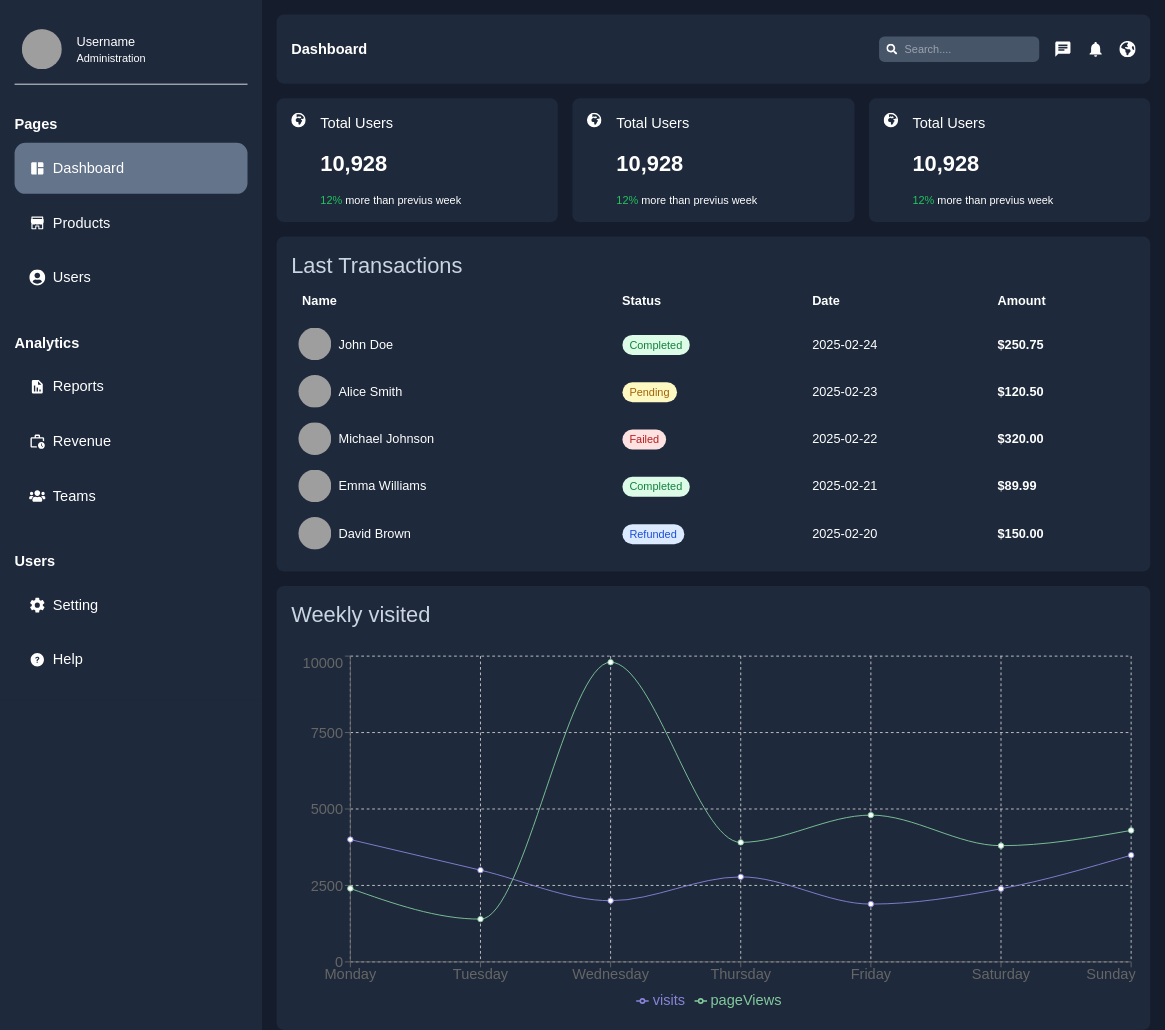
Repository: Than-sothearak/next-computer-admin
Page: /dashboard
The author's editor kept a copy of each file at every save. The page is drawn from the files as they stood at one save, then again after the next save.
The browser window is 1280 px wide. The pictures show the whole page, at 91% of full size.
Pictures or frames that could not be fetched are drawn as grey boxes. The project was rebuilt for these pictures with package versions that can differ from the ones it lists, and the page was loaded fresh each time. The framework's server and built-in components were replaced by stand-ins that run in the browser. Also part of the build but not shown: next.config.mjs.

Above is the page before, as saved 2025-02-24 23:53:58.

### app/layout.js
import { Geist, Geist_Mono } from "next/font/google";
import "./globals.css";

const geistSans = Geist({
  variable: "--font-geist-sans",
  subsets: ["latin"],
});

const geistMono = Geist_Mono({
  variable: "--font-geist-mono",
  subsets: ["latin"],
});

export const metadata = {
  title: "Computer shop admin",
  description: "Computer shop admin",
};

export default function RootLayout({ children }) {
  return (
    <html lang="en">
      <body
        className={`${geistSans.variable} ${geistMono.variable} antialiased`}
      >
        {children}
      </body>
    </html>
  );
}

### app/dashboard/layout.js
import { Navbar } from "@/components/dashboard/navbar/navbar";
import { Sidebar } from "@/components/dashboard/sidebar/sidebar";

export default function DashboardLayout({ children }) {
  return (
    <div className="flex">
      <div className="bg-slate-800">
        <Sidebar />
      </div>
      <div className="w-full mt-4 mx-4">
        <Navbar />
        <div>{children}</div>
      </div>
    </div>
  );
}

### app/dashboard/page.js
import LastTransactionComponent from "@/components/LastTransactionsComponent";
import LineChartComponent from "@/components/LineChartComponent";
import { FaEarthAfrica } from "react-icons/fa6";
const DashboardPage = () => {
  return (
    <>
      <div className="mt-4 rounded-lg flex max-sm:flex-wrap gap-4">
        <div className="w-full justify-start items-start flex gap-4 p-4 bg-slate-800 rounded-lg ">
          <div>
            <FaEarthAfrica />
          </div>
          <div className="flex flex-col gap-4">
            <h2>Total Users</h2>
            <h1 className="text-2xl font-bold">10,928</h1>
            <p className="text-green-500 text-xs">
              12% <span className="text-white">more than previus week</span>
            </p>
          </div>
        </div>

        <div className="w-full justify-start items-start flex gap-4 p-4 bg-slate-800 rounded-lg ">
          <div>
            <FaEarthAfrica />
          </div>
          <div className="flex flex-col gap-4">
            <h2>Total Users</h2>
            <h1 className="text-2xl font-bold">10,928</h1>
            <p className="text-green-500 text-xs">
              12% <span className="text-white">more than previus week</span>
            </p>
          </div>
        </div>

        <div className="w-full justify-start items-start flex gap-4 p-4 bg-slate-800 rounded-lg ">
          <div>
            <FaEarthAfrica />
          </div>
          <div className="flex flex-col gap-4">
            <h2>Total Users</h2>
            <h1 className="text-2xl font-bold">10,928</h1>
            <p className="text-green-500 text-xs">
              12% <span className="text-white">more than previus week</span>
            </p>
          </div>
        </div>
      </div>

      <LastTransactionComponent />

      <LineChartComponent />
    </>
  );
};

export default DashboardPage;

### app/globals.css
@tailwind base;
@tailwind components;
@tailwind utilities;

:root {
    --bg: #151c2c;
    --bgSoft: #182237;
    --text: white;
    --textSoft: #b7bac1;
}

*{
    margin:  0;
    padding: 0;
    box-sizing: border-box;
    font-family:Arial, Helvetica, sans-serif
}

body {
    background-color: var(--bg);
    color: var(--text);
}

a {
    color: inherit;
    text-decoration: none;
}

### components/dashboard/navbar/navbar.js
"use client"
import { FaSearch } from "react-icons/fa";
import { MdChat, MdNotifications } from "react-icons/md";
import { FaEarthAmericas } from "react-icons/fa6";
import { usePathname } from "next/navigation";
export const Navbar = () => {
  const pathName = usePathname()
  return (
    <div className="bg-slate-800 py-6 px-4 rounded-lg w-full flex justify-between items-center">
      <div>
        <h2 className="capitalize font-bold">{pathName.split("/").pop()}</h2>
      </div>
      <div className="flex gap-4 items-center">
        <div className="bg-slate-600 rounded-md md:w-44 w-32 flex relative items-center justify-start pl-2 gap-2 py-2">
          <FaSearch size={12}/>
          <input
            type="text"
            placeholder="Search...."
            className="md:w-36 w-24 text-xs border-none outline-none ring-0 focus:ring-0 focus:outline-none bg-transparent absolute top-0 bottom-0 left-7 overflow-hidden"
          />
        </div>
        <div className="cursor-pointer"><MdChat size={20}/></div>
        <div className="cursor-pointer"><MdNotifications size={20}/></div>
        <div className="cursor-pointer"><FaEarthAmericas size={18}/></div>
      </div>
    </div>
  );
};

### components/dashboard/sidebar/sidebar.js
"use client"
import { useState } from "react";
import { analyticNavigation, pageNavigation, userNavigation } from "@/lib/navLinks";
import { SidebarList } from "@/components/SidebarList";
import { IoMdMenu } from "react-icons/io";
import { IoClose } from "react-icons/io5";
import { SidebarListMobile } from "@/components/SidebarListMobile";

export const Sidebar = () => {
  const [isOpen, setIsOpen] = useState(false);

  return (
    <>

      <div className="mt-2 flex justify-center items-center lg:hidden">
      <span className="text-white text-lg font-semibold"></span>
        <button
          onClick={() => setIsOpen(true)}
          aria-label="Open Sidebar"
          title="Open Sidebar"
        >
          <IoMdMenu size={28} />
        </button>
      </div>
    {/* Mobile side */}
      <div className="lg:hidden ml-1 mt-4 z-50">
        <SidebarListMobile navList={pageNavigation}/>
        <SidebarListMobile navList={analyticNavigation} />
        <SidebarListMobile navList={userNavigation} />
      </div>


      <div
        className={`bg-slate-800 p-4 w-72 fixed top-0 left-0 z-50 transform transition-transform  duration-700 ease-in-out
          ${isOpen ? "translate-x-0" : "-translate-x-full"} lg:translate-x-0 lg:static max-sm:w-full
        `}
      >

        <div className="flex justify-between items-center  lg:hidden">
          <span className="text-white text-lg font-semibold">Menu</span>
          <button
            onClick={() => setIsOpen(false)}
            aria-label="Close Sidebar"
            title="Close Sidebar"
            className="text-white"
          >
            <IoClose size={28} />
          </button>
        </div>


        <div className="cursor-pointer flex items-center gap-4 px-2 py-4 text-white">
          <img className="w-11 h-11 bg-cover rounded-full"src="https://static.vecteezy.com/system/resources/previews/005/544/718/non_2x/profile-icon-design-free-vector.jpg"/>
          <div className="">
            <h1 className="text-sm">Username</h1>
            <p className="text-xs">Administration</p>

          </div>

          </div>
          <hr />

        <SidebarList navList={pageNavigation} />
        <SidebarList navList={analyticNavigation} />
        <SidebarList navList={userNavigation} />
      </div>

      {/* Overlay (closes sidebar when clicked) */}
      {isOpen && (
        <div
          className="fixed inset-0 bg-black bg-opacity-50 lg:hidden"
          onClick={() => setIsOpen(false)}
        />
      )}
    </>
  );
};

### components/LastTransactionsComponent.js
import { latestTransactions } from "@/data/lastTransactions";

export default function LastTransactionComponent () {

    const statusColors = {
        Completed: "bg-green-100 text-green-700",
        Pending: "bg-yellow-100 text-yellow-700",
        Failed: "bg-red-100 text-red-700",
        Refunded: "bg-blue-100 text-blue-700",
      };
    return (
        <div className="mt-4 rounded-lg bg-slate-800 p-4">
        <h1 className="text-2xl text-slate-300">Last Transactions</h1>
        <div>
        <table className="w-full rounded-lg overflow-hidden">
          <thead className="text-sm">
            <tr>
              <th className="p-3 text-left">Name</th>
              <th className="p-3 text-left">Status</th>
              <th className="p-3 text-left">Date</th>
              <th className="p-3 text-left">Amount</th>
            </tr>
          </thead>
          <tbody className="text-sm">
            {latestTransactions.map((transaction, index) => (
              <tr
                key={index}
                className=" transition-all"
              >
                <td className="p-2 flex gap-2 items-center"><img className="object-cover w-9 h-9 rounded-full " src="https://wac-cdn.atlassian.com/dam/jcr:ba03a215-2f45-40f5-8540-b2015223c918/Max-R_Headshot%20(1).jpg?cdnVersion=2574"/>{transaction.name}</td>
                <td className="p-3">
                  <span
                    className={`px-2 py-1 rounded-full text-xs font-medium ${
                      statusColors[transaction.status] || "bg-gray-100 text-gray-700"
                    }`}
                  >
                    {transaction.status}
                  </span>
                </td>
                <td className="p-3">{transaction.date}</td>
                <td className="p-3 font-semibold">${transaction.amount.toFixed(2)}</td>
              </tr>
            ))}
          </tbody>
        </table>
        </div>
      </div>
    )


}

### components/LineChartComponent.js
"use client"
import { LineChart, Line, XAxis, YAxis, CartesianGrid, Tooltip, Legend, ResponsiveContainer } from 'recharts';

const data = [
  {
    name: 'Monday',
    visits: 4000,
    pageViews: 2400,
    bounceRate: 2400,
  },
  {
    name: 'Tuesday',
    visits: 3000,
    pageViews: 1398,
    bounceRate: 2210,
  },
  {
    name: 'Wednesday',
    visits: 2000,
    pageViews: 9800,
    bounceRate: 2290,
  },
  {
    name: 'Thursday',
    visits: 2780,
    pageViews: 3908,
    bounceRate: 2000,
  },
  {
    name: 'Friday',
    visits: 1890,
    pageViews: 4800,
    bounceRate: 2181,
  },
  {
    name: 'Saturday',
    visits: 2390,
    pageViews: 3800,
    bounceRate: 2500,
  },
  {
    name: 'Sunday',
    visits: 3490,
    pageViews: 4300,
    bounceRate: 2100,
  },
];



export default function LineChartComponent() {
    return (
      <div className='mt-4 p-4 bg-slate-800 rounded-lg'>
        <h1 className="text-2xl text-slate-300">Weekly visited</h1>
        <div className='mt-6'>
        <ResponsiveContainer width="100%" height={400}>
        <LineChart data={data}>
          <CartesianGrid strokeDasharray="3 3" />
          <XAxis dataKey="name" />
          <YAxis />
          <Tooltip />
          <Legend />
          <Line type="monotone" dataKey="visits" stroke="#8884d8" />
          <Line type="monotone" dataKey="pageViews" stroke="#82ca9d" />
        </LineChart>
      </ResponsiveContainer>
        </div>
      </div>
    );
  }

### lib/navLinks.js
import { MdSpaceDashboard } from "react-icons/md";
import { AiFillShop } from "react-icons/ai"; // Replace with correct icon if needed
import { FaUserCircle, FaUsers } from "react-icons/fa";
import { BiSolidReport } from "react-icons/bi";
import { MdOutlineWorkHistory } from "react-icons/md";
import { IoSettingsSharp } from "react-icons/io5";
import { IoIosHelpCircle } from "react-icons/io";

export const pageNavigation = {
  name: "Pages",
  links: [ {
    path: "/dashboard",
    name: "Dashboard",
    icon: <MdSpaceDashboard size={18} />,
  },
  {
    path: "/dashboard/products",
    name: "Products",
    icon: <AiFillShop size={18} />,
  },
  {
    path: "/dashboard/users",
    name: "Users",
    icon: <FaUserCircle size={18} />,
  },]
}

export const analyticNavigation = {
  name: "Analytics",
  links: [
    {
      path: "/reports",
      name: "Reports",
      icon: <BiSolidReport size={18} />,
    },
    {
      path: "/revenue",
      name: "Revenue",
      icon: <MdOutlineWorkHistory size={18} />,
    },
    {
      path: "/dashboard/teams",
      name: "Teams",
      icon: <FaUsers size={18} />,
    },
  ]
}

export const userNavigation = {
  name: "Users",
  links: [
    {
      path: "/setting",
      name: "Setting",
      icon: <IoSettingsSharp size={18} />,
    },
    {
      path: "/help",
      name: "Help",
      icon: <IoIosHelpCircle size={18} />,
    },

  ]
}

  ;

### components/SidebarList.js
"use client"
import Link from 'next/link'
import { usePathname } from 'next/navigation';

export const SidebarList = ({navList}) => {
    const pathName = usePathname();
  return (
    <div className="mt-8 font-bold">
    {navList.name}
    <ul className="flex flex-col gap-1 mt-2 cursor-pointer">
      {navList.links.map((item) => (
        <Link
        title={item.name}
          href={item.path}
          key={item.path}
          className={`hover:bg-slate-700 flex gap-2 justify-start items-center ${
            pathName === item.path ? "bg-slate-500 hover:bg-slate-500" : "bg-balck "
          } rounded-xl px-4 py-4`}
        >
          <div>{item.icon}</div>
          <h2 className='font-normal'>{item.name}</h2>
        </Link>
      ))}
    </ul>
  </div>
  )
}

### components/SidebarListMobile.js
"use client"
import Link from 'next/link'
import { usePathname } from 'next/navigation';

export const SidebarListMobile = ({navList}) => {
    const pathName = usePathname();
  return (
    <div className="mt-4 z-10">
    <ul className="flex flex-col gap-1 mt-2 cursor-pointer">
      {navList.links.map((item) => (
        <Link
        title={item.name}
          href={item.path}
          key={item.path}
          className={` flex gap-2 justify-start items-center hover:bg-slate-700 ${
            pathName === item.path ? "bg-slate-500 hover:bg-slate-500" : "bg-balck "
          } rounded-xl px-4 py-4`}
        >
          <div>{item.icon}</div>

        </Link>
      ))}
    </ul>
  </div>
  )
}

### data/lastTransactions.js
export const latestTransactions = [
    {
      name: "John Doe",
      status: "Completed",
      date: "2025-02-24",
      amount: 250.75,
    },
    {
      name: "Alice Smith",
      status: "Pending",
      date: "2025-02-23",
      amount: 120.50,
    },
    {
      name: "Michael Johnson",
      status: "Failed",
      date: "2025-02-22",
      amount: 320.00,
    },
    {
      name: "Emma Williams",
      status: "Completed",
      date: "2025-02-21",
      amount: 89.99,
    },
    {
      name: "David Brown",
      status: "Refunded",
      date: "2025-02-20",
      amount: 150.00,
    },

  ];

Loaded but not shown: tailwind.config.mjs (common file)

After the next save:
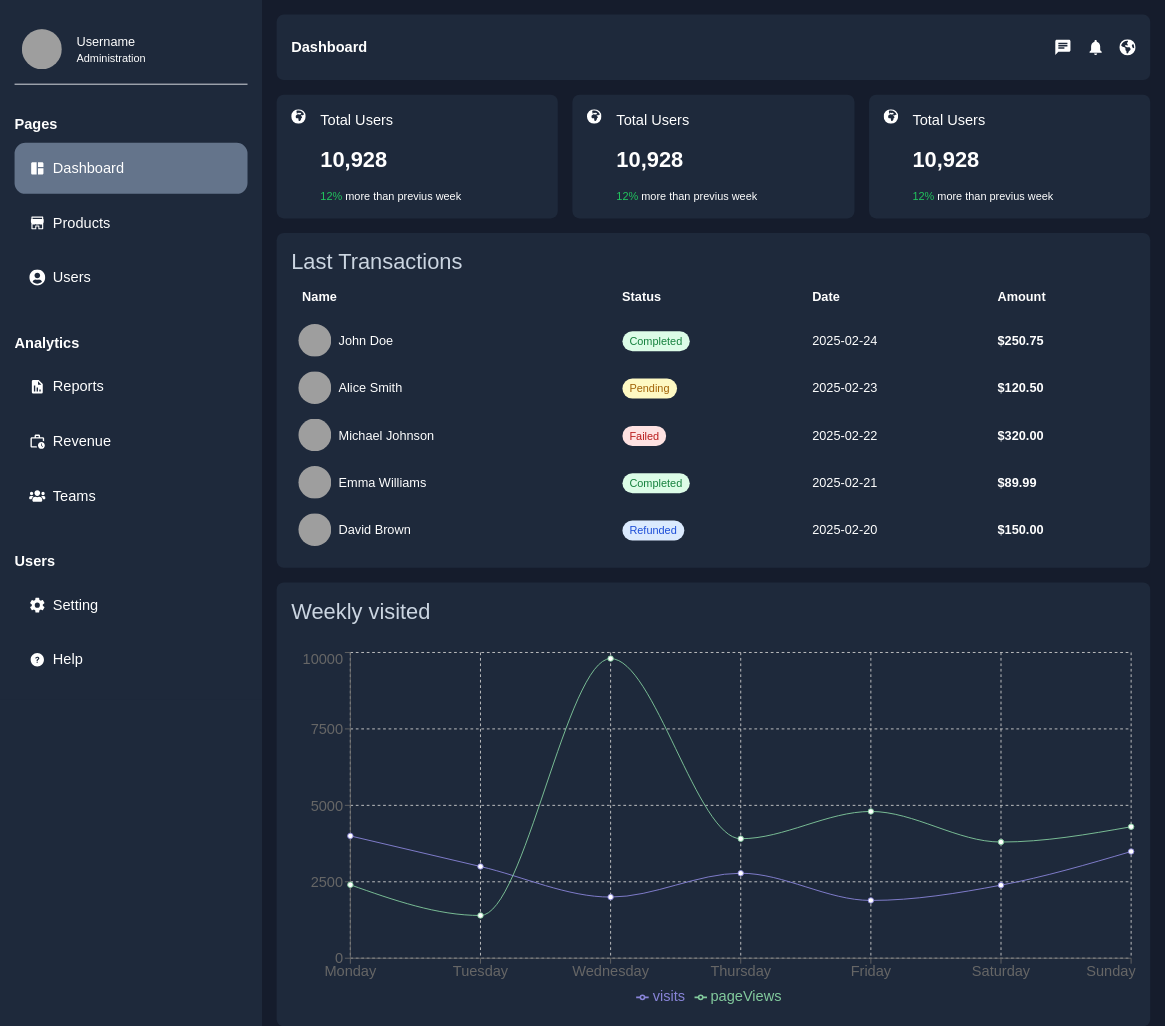
Saved 13 s later.
--- a/components/dashboard/navbar/navbar.js
+++ b/components/dashboard/navbar/navbar.js
@@ -11,14 +11,7 @@ export const Navbar = () => {
         <h2 className="capitalize font-bold">{pathName.split("/").pop()}</h2>
       </div>
       <div className="flex gap-4 items-center">
-        <div className="bg-slate-600 rounded-md md:w-44 w-32 flex relative items-center justify-start pl-2 gap-2 py-2">
-          <FaSearch size={12}/>
-          <input
-            type="text"
-            placeholder="Search...."
-            className="md:w-36 w-24 text-xs border-none outline-none ring-0 focus:ring-0 focus:outline-none bg-transparent absolute top-0 bottom-0 left-7 overflow-hidden"
-          />
-        </div>
+
         <div className="cursor-pointer"><MdChat size={20}/></div>
         <div className="cursor-pointer"><MdNotifications size={20}/></div>
         <div className="cursor-pointer"><FaEarthAmericas size={18}/></div>
